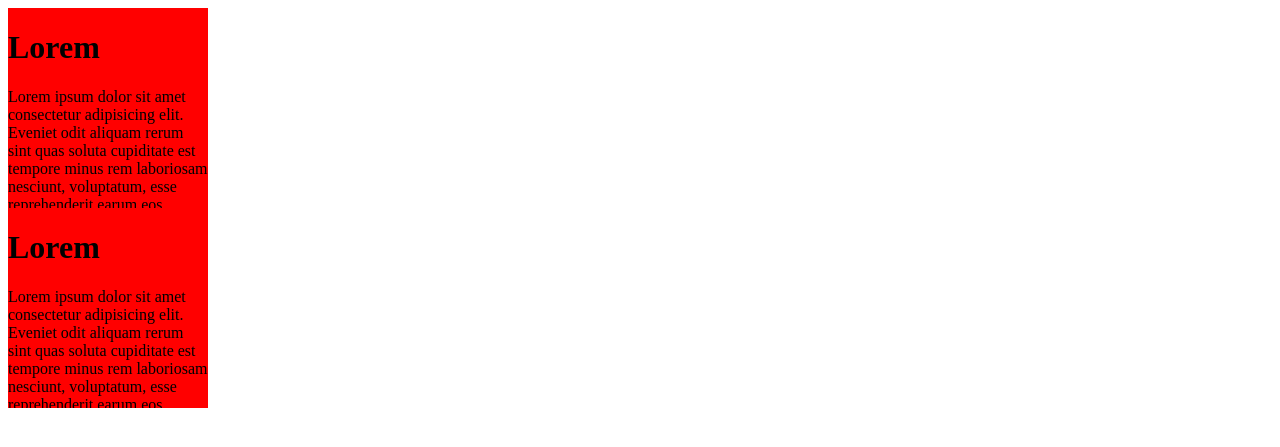
Repository: danilodscosta/CursoHTML
Page: aula1/aulascss.html
The author's editor kept a copy of each file at every save. The page is drawn from the files as they stood at one save, then again after the next save.
The browser window is 1280 px wide. The pictures show the whole page.

Above is the page before, as saved 2024-01-08 17:07:17.

### aula1/aulascss.html
<!DOCTYPE html>
<html lang="pt-BR">

<head>
    <meta charset="utf-8">
    <meta name="viewport" content="width=device-width, inital-scale=1.0">
    <title>Aulas CSS</title>
    <link rel="stylesheet" href="assets/css/aulasstyle.css">
</head>



<body>
    <div class="texto">
        <h1>Lorem</h1>
        <p>Lorem ipsum dolor sit amet consectetur adipisicing elit. Eveniet odit aliquam rerum sint quas soluta cupiditate est tempore minus rem laboriosam nesciunt, voluptatum, esse reprehenderit earum eos deleniti dignissimos culpa?</p>
    </div>
    <div class="texto">
        <h1>Lorem</h1>
        <p>Lorem ipsum dolor sit amet consectetur adipisicing elit. Eveniet odit aliquam rerum sint quas soluta cupiditate est tempore minus rem laboriosam nesciunt, voluptatum, esse reprehenderit earum eos deleniti dignissimos culpa?</p>
    </div>
</body>
</html>

### aula1/assets/css/aulasstyle.css
/*
ID Classes, atributos e pseudo-classes  Elementos e pseudo-elementos
*/

.texto {
    background: red;
    width: 200px;
    height: 200px;
    overflow: hidden;
}

After the next save:
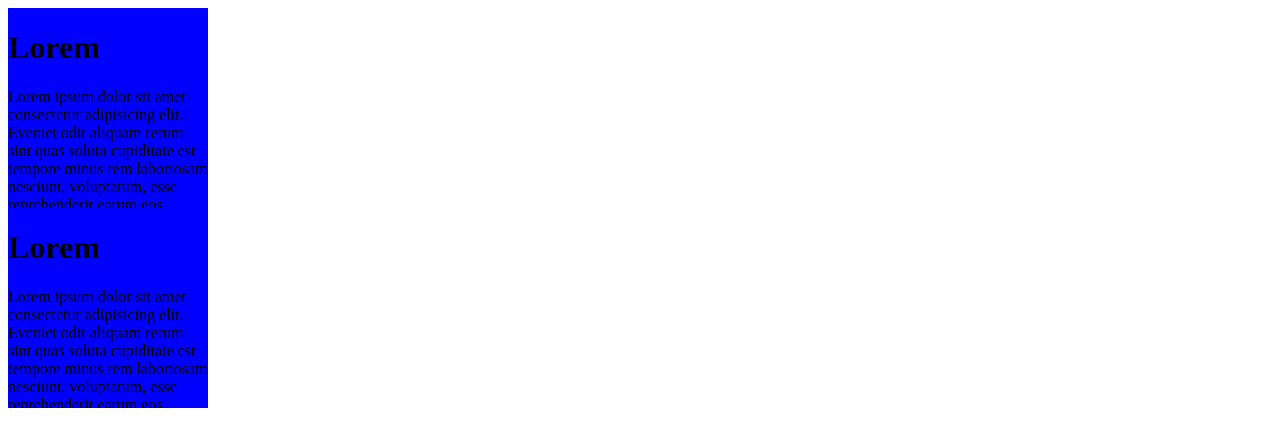
Saved 9 s later.
--- a/aula1/assets/css/aulasstyle.css
+++ b/aula1/assets/css/aulasstyle.css
@@ -3,7 +3,7 @@ ID Classes, atributos e pseudo-classes  Elementos e pseudo-elementos
 */
 
 .texto {
-    background: red;
+    background: blue;
     width: 200px;
     height: 200px;
     overflow: hidden;

After the 2 saves that followed:
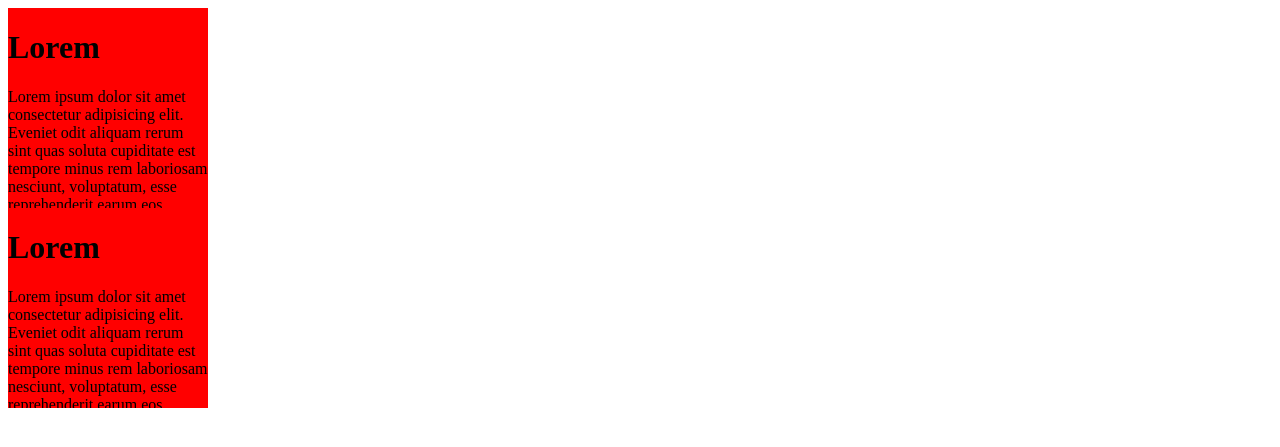
The 2 saves are shown as one change because they came seconds apart.
The last was saved 7 s later.
--- a/aula1/assets/css/aulasstyle.css
+++ b/aula1/assets/css/aulasstyle.css
@@ -3,7 +3,7 @@ ID Classes, atributos e pseudo-classes  Elementos e pseudo-elementos
 */
 
 .texto {
-    background: blue;
+    background: red;
     width: 200px;
     height: 200px;
     overflow: hidden;
